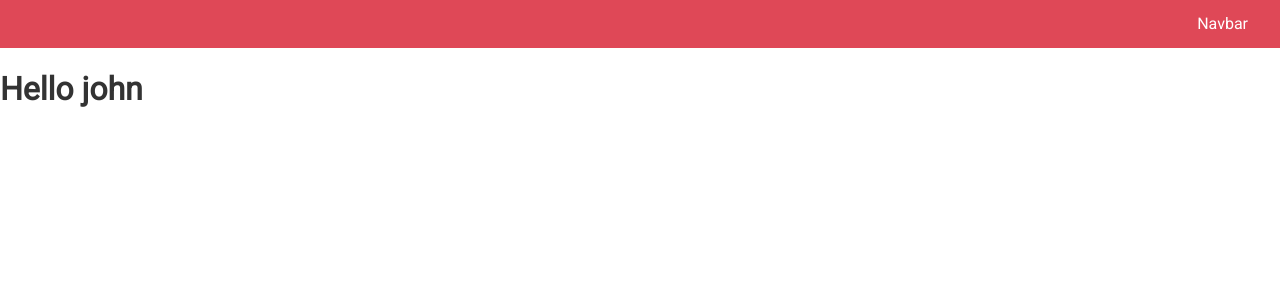
Repository: guicattani/fluffy-tribble-finder
Page: /
An editor plug-in stored every save of this project. The page is shown before and after the next save, followed by the edit.
The browser window is 1280 px wide. The pictures show the whole page.
The project was rebuilt for these pictures with package versions that can differ from the ones it lists, and the page was loaded fresh each time.

Above is the page before, as saved 2020-02-26 15:45:30.

After the next save:
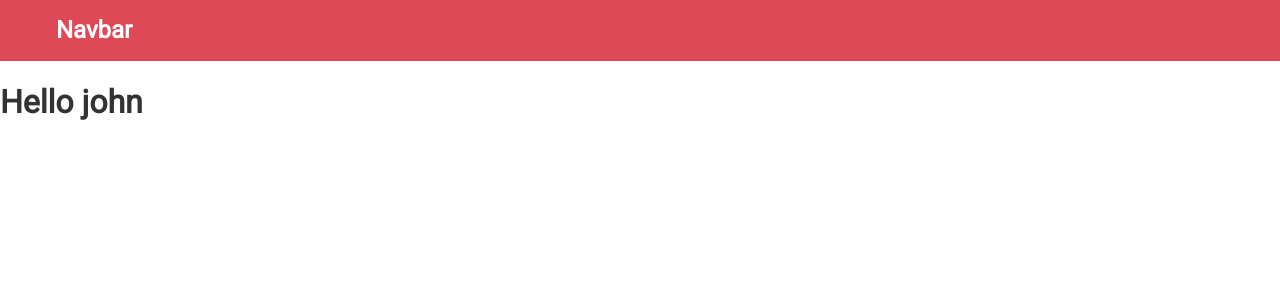
Saved 18 s later.
--- a/src/components/layout/Navbar.js
+++ b/src/components/layout/Navbar.js
@@ -3,7 +3,9 @@
   render() {
     return (
       <nav className="navbar bg-primary">
-        <i className='fab fa-github'/> Navbar
+        <h1>
+          <i className='fab fa-github'/> Navbar
+        </h1>
       </nav>
     )
   }
